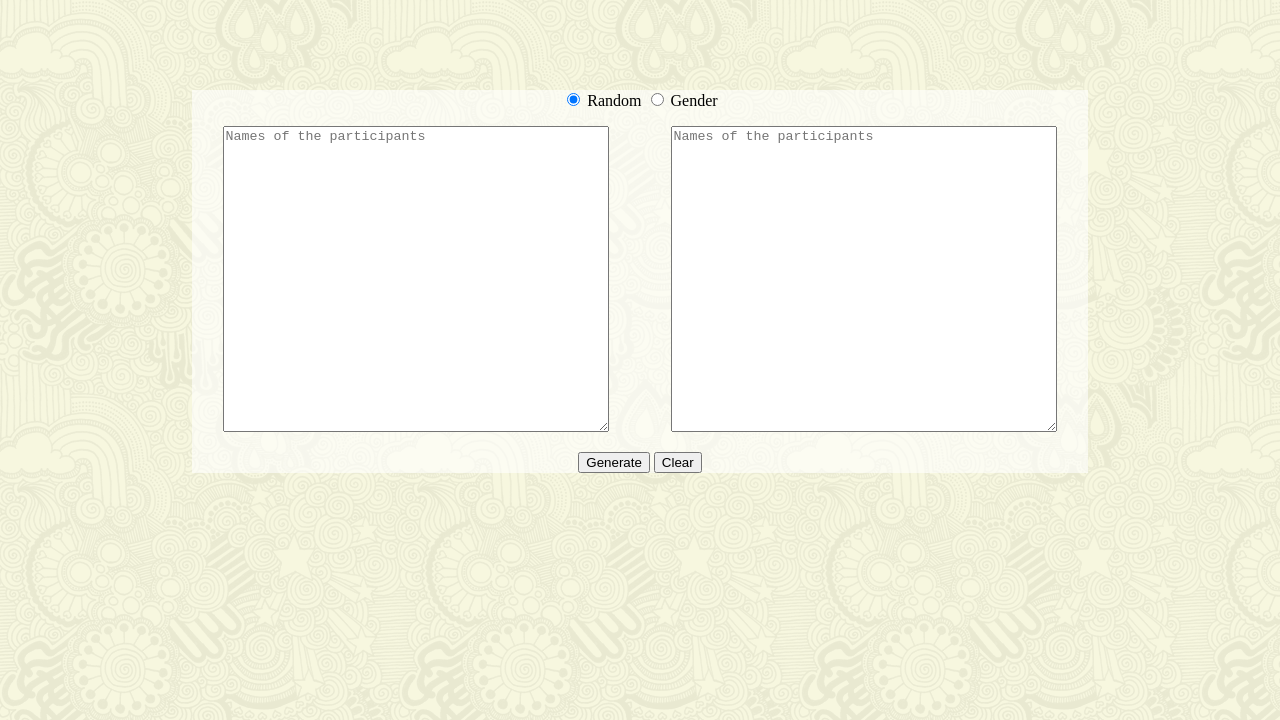
Repository: Maxenboy/Computer-Engineering-BA-A-Web-Programming-with-HTML5-CSS3-and-JavaScript-DT146G
Page: Mittuniversitet/TeamGenerator/index.html
These files come from the project's save history. The page is drawn as it stood at one moment and after the next save; the edit follows.
The browser window is 1280 px wide. The pictures show the whole page.

Above is the page before, as saved 2014-09-22 17:26:32.
Console error: ReferenceError: init is not defined

After the next save:
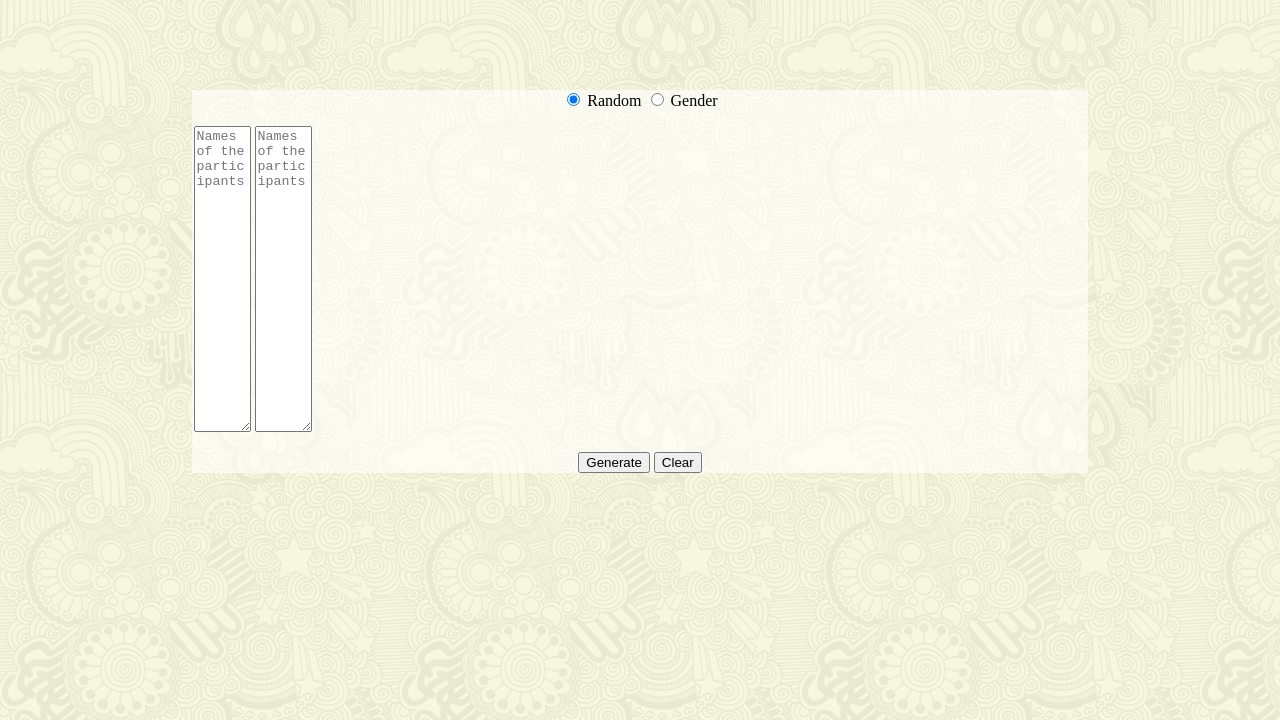
Saved 2 min 36 s later.
--- a/Mittuniversitet/TeamGenerator/css/main.css
+++ b/Mittuniversitet/TeamGenerator/css/main.css
@@ -17,7 +17,6 @@
 }
 #wrapper div {
 	display: table-cell;
-	width: 472px;
 	vertical-align: middle
 }
 textarea {

After the save that followed:
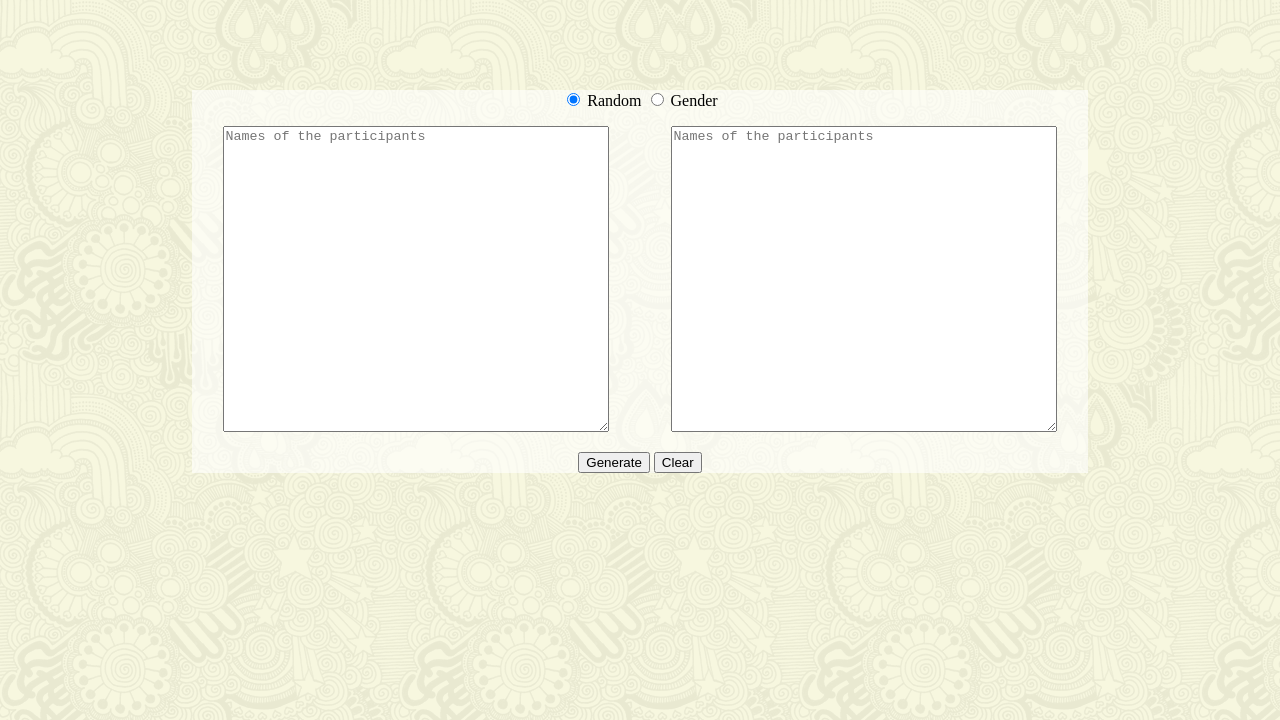
Saved 66 s later.
--- a/Mittuniversitet/TeamGenerator/css/main.css
+++ b/Mittuniversitet/TeamGenerator/css/main.css
@@ -17,8 +17,13 @@
 }
 #wrapper div {
 	display: table-cell;
+	width: 472px;
 	vertical-align: middle
 }
 textarea {
 	width: 85%;
 }
+
+#right {
+	display: none;
+}
